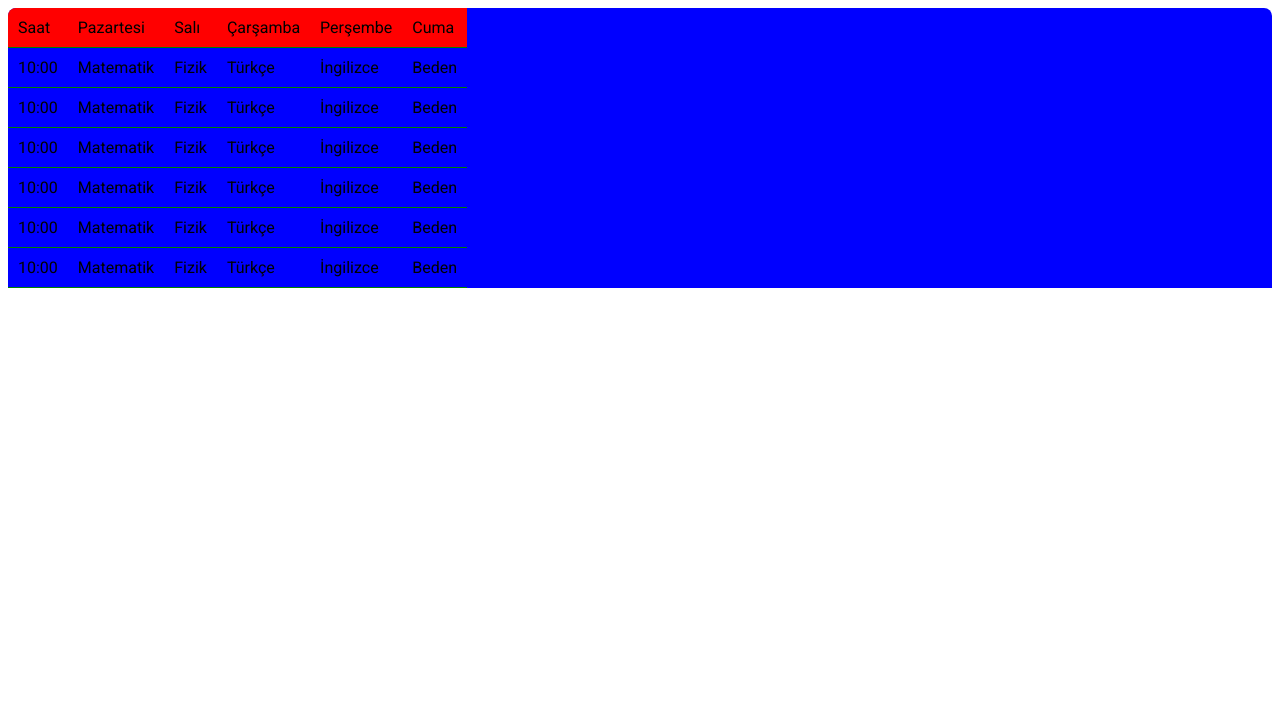
Repository: ahmetbugraozcan/css-ders-programi
Page: deneme2.html
An editor plug-in stored every save of this project. The page is shown before and after a run of saves, followed by the edit.
The browser window is 1280 px wide. The pictures show the whole page.

Above is the page before, as saved 2021-07-10 14:49:10.

### deneme2.html
<!DOCTYPE html>
<html>

<head>
    <link href='http://fonts.googleapis.com/css?family=Roboto' rel='stylesheet' type='text/css'>
    <style>
        * {
            box-sizing: border-box;
        }

        body {
            font-family: 'Roboto', sans-serif;

        }

        .head {
            background-color: red;

        }

        .row {
            border-radius: 8px 8px 0 0;
            overflow: hidden;
            display: flex;
            flex-wrap: nowrap;
            flex-direction: row;
            background-color: blue;
        }

        .row>div>div {
            border-bottom: 1px solid green;
        }

        .row>div>div,
        .head {
            padding: 10px;
        }
    </style>
</head>

<body>
    <div class="row">
        <div>
            <div class="head"> Saat</div>
            <div>10:00</div>
            <div>10:00</div>
            <div>10:00</div>
            <div>10:00</div>
            <div>10:00</div>
            <div>10:00</div>
        </div>
        <div>
            <div class="head"> Pazartesi</div>
            <div>Matematik</div>
            <div>Matematik</div>
            <div>Matematik</div>
            <div>Matematik</div>
            <div>Matematik</div>
            <div>Matematik</div>
        </div>
        <div>
            <div class="head">Salı</div>
            <div>Fizik</div>
            <div>Fizik</div>
            <div>Fizik</div>
            <div>Fizik</div>
            <div>Fizik</div>
            <div>Fizik</div>
        </div>
        <div>
            <div class="head">Çarşamba</div>
            <div>Türkçe</div>
            <div>Türkçe</div>
            <div>Türkçe</div>
            <div>Türkçe</div>
            <div>Türkçe</div>
            <div>Türkçe</div>

        </div>
        <div>
            <div class="head">Perşembe</div>
            <div>İngilizce</div>
            <div>İngilizce</div>
            <div>İngilizce</div>
            <div>İngilizce</div>
            <div>İngilizce</div>
            <div>İngilizce</div>
        </div>
        <div>
            <div class="head">Cuma</div>
            <div>Beden</div>
            <div>Beden</div>
            <div>Beden</div>
            <div>Beden</div>
            <div>Beden</div>
            <div>Beden</div>

        </div>
    </div>

</body>

</html>

After the next 2 saves:
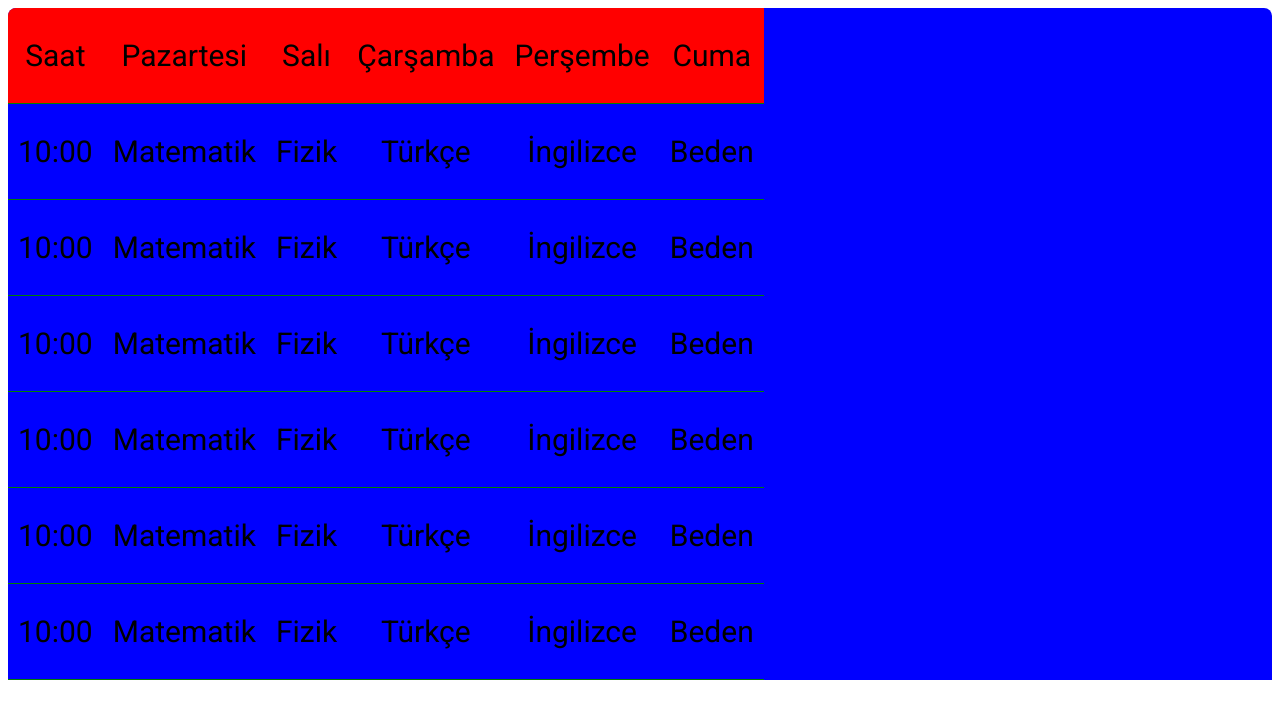
The 2 saves are shown as one change because they came seconds apart.
The last was saved 28 s later.
--- a/deneme2.html
+++ b/deneme2.html
@@ -25,6 +25,9 @@
             flex-wrap: nowrap;
             flex-direction: row;
             background-color: blue;
+            text-align: center;
+            line-height: 75px;
+            font-size: 30px;
         }
 
         .row>div>div {

After the save that followed:
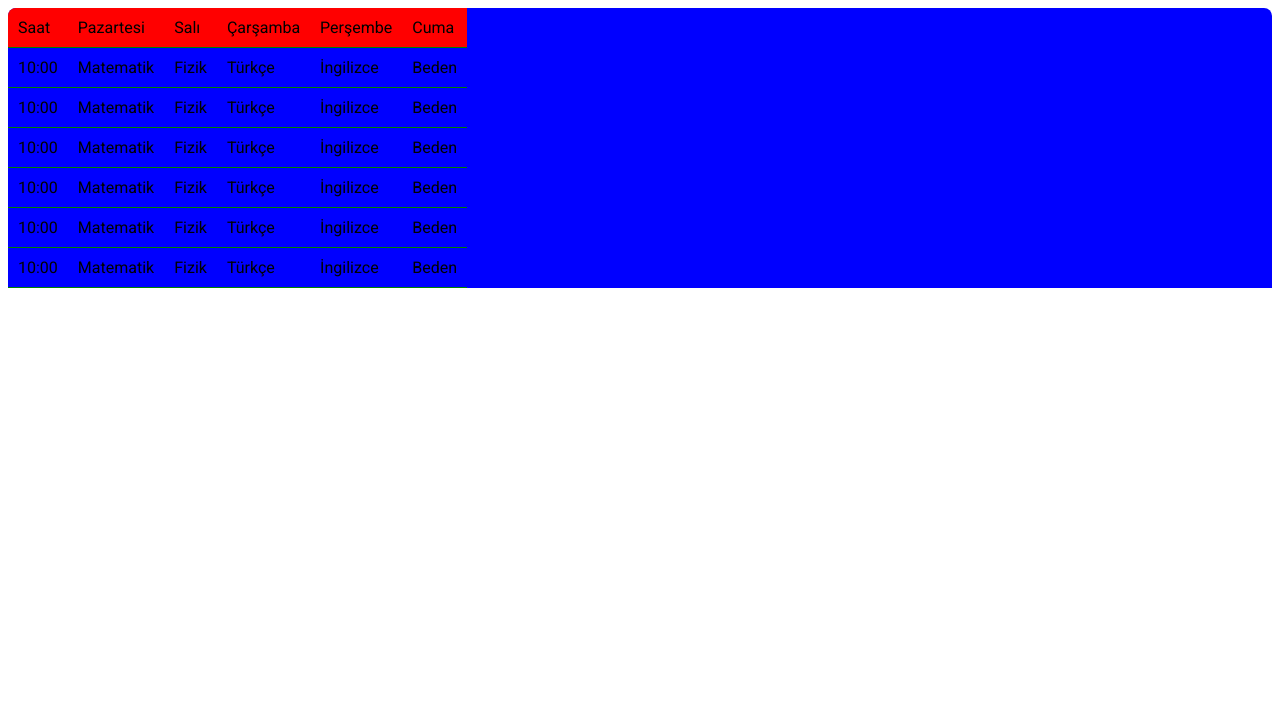
Saved 10 s later.
--- a/deneme2.html
+++ b/deneme2.html
@@ -25,9 +25,6 @@
             flex-wrap: nowrap;
             flex-direction: row;
             background-color: blue;
-            text-align: center;
-            line-height: 75px;
-            font-size: 30px;
         }
 
         .row>div>div {
